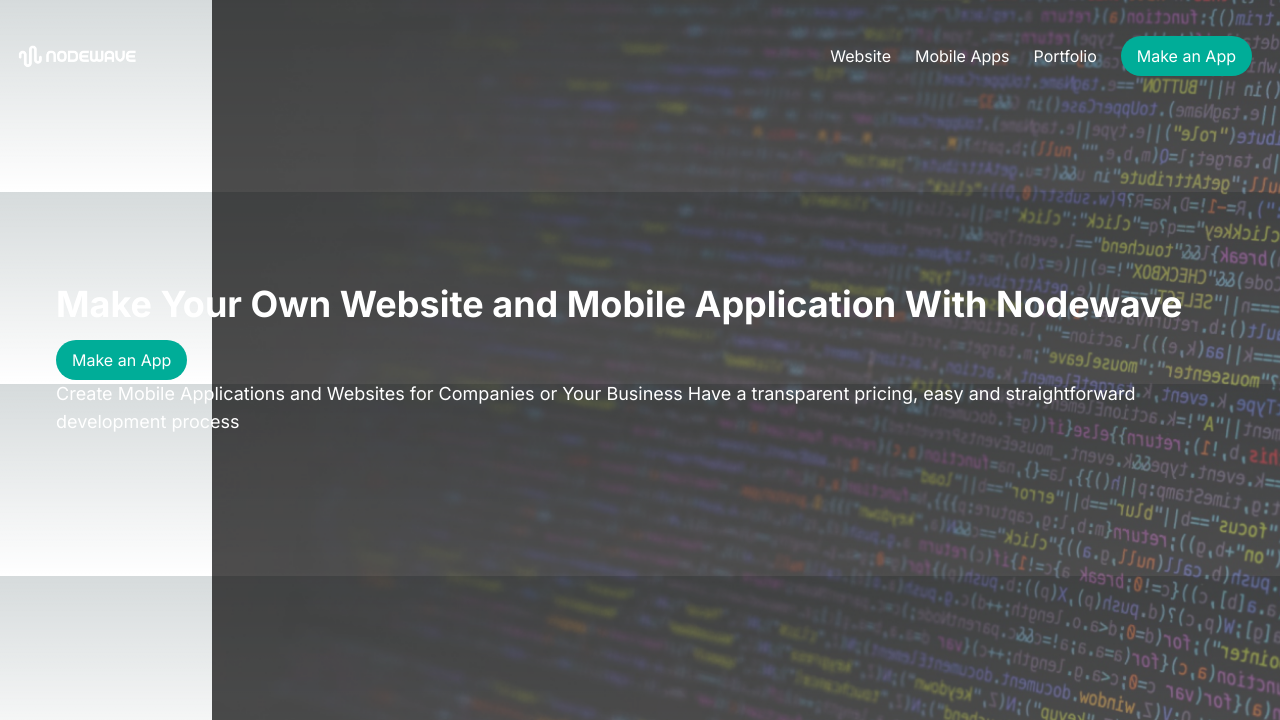
Repository: farrelmuhammad/nodewave
Page: /
These files come from the project's save history. The page is drawn as it stood at one moment and after the next save; the edit follows.
The browser window is 1280 px wide. The pictures show the whole page.
The project was rebuilt for these pictures with package versions that can differ from the ones it lists, and the page was loaded fresh each time. The framework's server and built-in components were replaced by stand-ins that run in the browser. Also part of the build but not shown: next.config.js.

Above is the page before, as saved 2023-09-08 13:37:04.

### src/app/page.js
import Hero from '@/components/Hero'
import Navbar from '@/components/Navbar'

export default function Home() {
  return (
    <>
      <Navbar />
      <Hero />
    </>
  )
}

### src/app/globals.css
@tailwind base;
@tailwind components;
@tailwind utilities;

@import url('https://fonts.googleapis.com/css2?family=Poppins:wght@300;400;500;600;700&display=swap');

:root {
  --foreground-rgb: 0, 0, 0;
  --background-start-rgb: 214, 219, 220;
  --background-end-rgb: 255, 255, 255;
  font-family: 'Poppins', sans-serif;
}

@media (prefers-color-scheme: dark) {
  :root {
    --foreground-rgb: 255, 255, 255;
    --background-start-rgb: 0, 0, 0;
    --background-end-rgb: 0, 0, 0;
  }
}

body {
  color: rgb(var(--foreground-rgb));
  background: linear-gradient(
      to bottom,
      transparent,
      rgb(var(--background-end-rgb))
    )
    rgb(var(--background-start-rgb));
}

@media only screen and (max-width: 768px) {
  .hero .hero-image,
  .hero .hero-caption {
    min-height: 90vh;
  }
  .hero .hero-cta {
    @apply w-12 h-12;
    transform: translateX(-75px) translateY(-50%);
    background-size: 37.5%;
  }
}

### src/components/Hero.jsx
import React from "react";
import Image from "next/image";

const Hero = () => {
  return (
    <main className="flex h-full items-center justify-between p-24">
      <div
        className="absolute inset-0 bg-cover bg-center max-w-screen h-auto top-[-89px] left-[212px] bg-opacity-50 bg-black"
        style={{
          backgroundImage: 'url("/assets/background.png")', // Ganti dengan path gambar latar belakang Anda
        }}
      ></div>

      {/* Hero Content */}
      <div className="absolute inset-0 flex items-center justify-start px-14">
        <div className="text-white">
          <h1 className="text-4xl font-bold mb-4">
            Make Your Own Website and Mobile Application With Nodewave
          </h1>
          <button class="px-4 py-2 bg-[#00AD98] rounded-full">
            <a
              href="#"
              class="text-black md:text-white hover:underline whitespace-nowrap overflow-ellipsis"
            >
              Make an App
            </a>
          </button>
          <p className="text-lg">
            Create Mobile Applications and Websites for Companies or Your
            Business Have a transparent pricing, easy and straightforward
            development process
          </p>
        </div>
      </div>
    </main>
  );
};

export default Hero;

### src/components/Navbar.jsx
import React from "react";
import Image from "next/image";

const Navbar = () => {
  return (
    <header class="absolute w-full z-50 px-4">
      <div class="container mx-auto py-5">
        <div class="flex flex-stretch items-center">
          <div class="w-56 items-center flex">
            <Image src="/assets/Logo.png" width={226} height={100} alt="Logo" />
          </div>
          <div class="w-full"></div>
          <div class="w-auto py-4">
            <ul
              class="fixed bg-white inset-0 flex flex-col invisible items-center justify-center opacity-0 md:visible md:flex-row md:bg-transparent md:relative md:opacity-100 md:flex md:items-center"
              id="menu"
            >
              <li class="mx-3 py-6 md:py-0">
                <a href="#" class="text-black md:text-white hover:underline">
                  Website
                </a>
              </li>
              <li class="mx-3 py-6 md:py-0">
                <a
                  href="#"
                  class="text-black md:text-white hover:underline whitespace-nowrap overflow-ellipsis"
                >
                  Mobile Apps
                </a>
              </li>
              <li class="mx-3 py-6 md:py-0">
                <a href="#" class="text-black md:text-white hover:underline">
                  Portfolio
                </a>
              </li>
              <li class="mx-3 py-6 md:py-0">
                <button class="px-4 py-2 bg-[#00AD98] rounded-full">
                  <a
                    href="#"
                    class="text-black md:text-white hover:underline whitespace-nowrap overflow-ellipsis"
                  >
                    Make an App
                  </a>
                </button>
              </li>
            </ul>
          </div>
          <div class="w-auto">
            <ul class="items-center flex">
              <li class="ml-6 block md:hidden">
                <button
                  id="menu-toggler"
                  class="relative flex z-50 items-center justify-center w-8 h-8 text-black md:text-white focus:outline-none"
                >
                  <svg
                    class="fill-current"
                    width="18"
                    height="17"
                    viewBox="0 0 18 17"
                  >
                    <path d="M15.9773 0.461304H1.04219C0.466585 0.461304 0 0.790267 0 1.19609C0 1.60192 0.466668 1.93088 1.04219 1.93088H15.9773C16.5529 1.93088 17.0195 1.60192 17.0195 1.19609C17.0195 0.790208 16.5529 0.461304 15.9773 0.461304Z" />
                    <path d="M15.9773 7.68802H1.04219C0.466585 7.68802 0 8.01698 0 8.42281C0 8.82864 0.466668 9.1576 1.04219 9.1576H15.9773C16.5529 9.1576 17.0195 8.82864 17.0195 8.42281C17.0195 8.01692 16.5529 7.68802 15.9773 7.68802Z" />
                    <path d="M15.9773 14.9147H1.04219C0.466585 14.9147 0 15.2437 0 15.6495C0 16.0553 0.466668 16.3843 1.04219 16.3843H15.9773C16.5529 16.3843 17.0195 16.0553 17.0195 15.6495C17.0195 15.2436 16.5529 14.9147 15.9773 14.9147Z" />
                  </svg>
                </button>
              </li>
            </ul>
          </div>
        </div>
      </div>
    </header>
  );
};

export default Navbar;

Loaded but not shown: src/app/layout.js (common file); tailwind.config.js (common file)

After the next save:
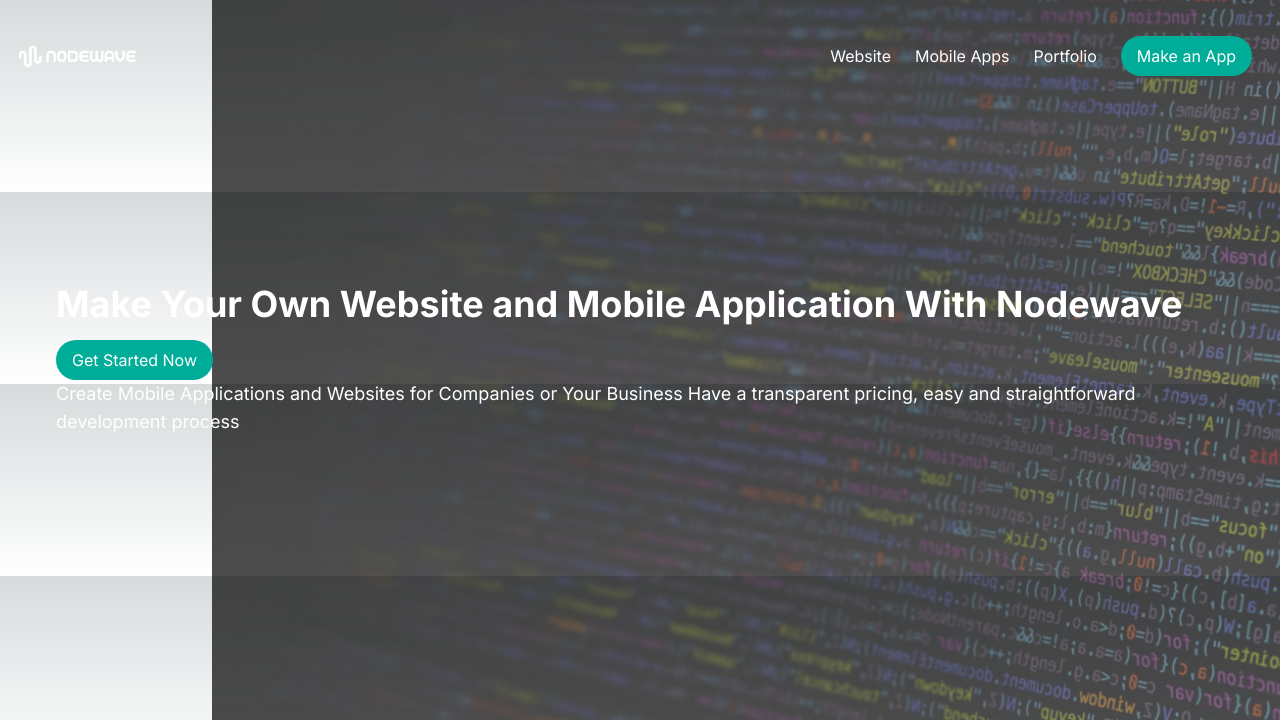
Saved 12 s later.
--- a/src/components/Hero.jsx
+++ b/src/components/Hero.jsx
@@ -22,7 +22,7 @@
               href="#"
               class="text-black md:text-white hover:underline whitespace-nowrap overflow-ellipsis"
             >
-              Make an App
+              Get Started Now
             </a>
           </button>
           <p className="text-lg">
